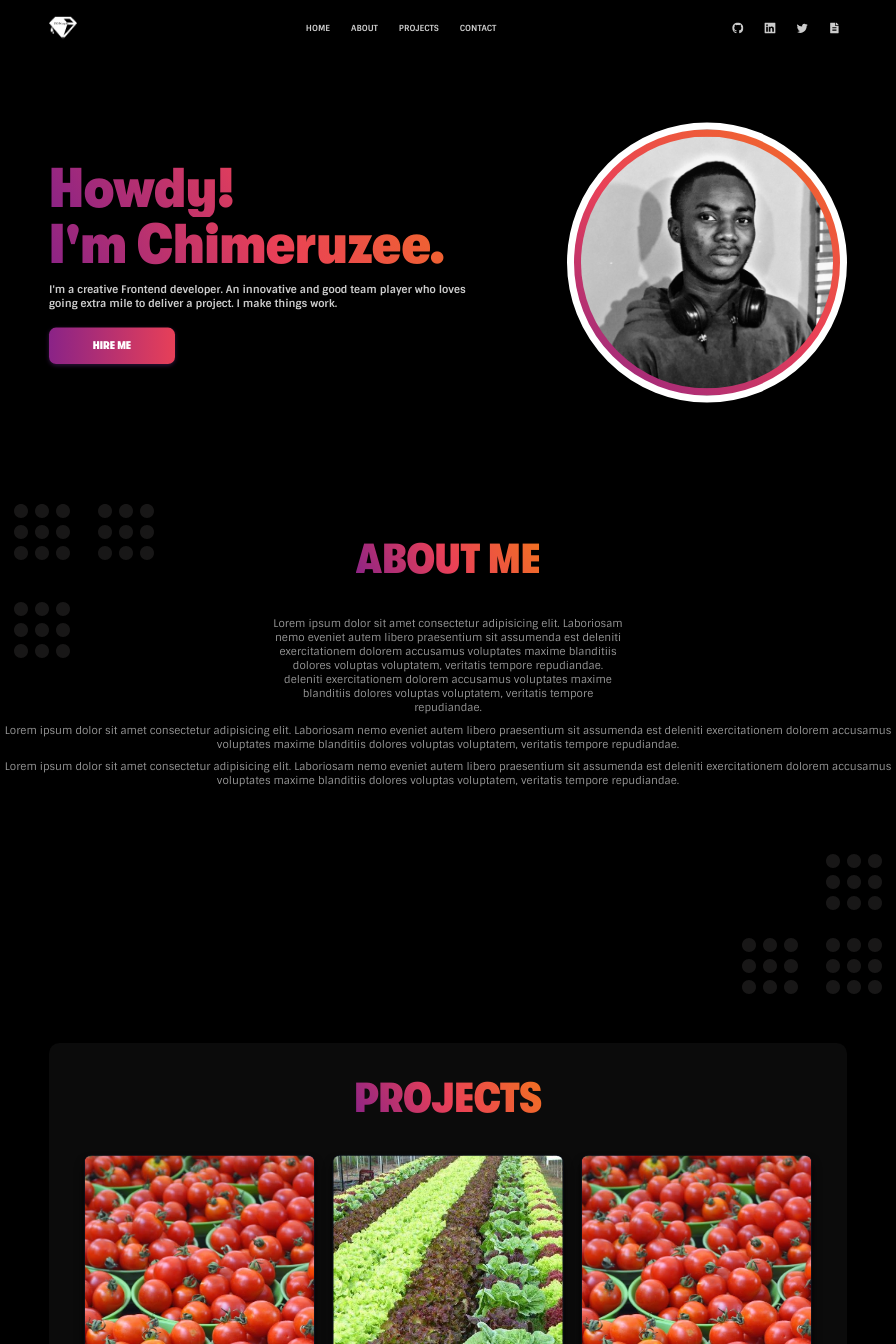
Repository: Ehceyn/ChimeruzeePortfolio
Page: /
An editor plug-in stored every save of this project. The page is shown before and after the next save, followed by the edit.
The browser window is 1280 px wide. The pictures show the part of the page from y = 0 to 1920 px (the page is 4486 px tall), at 70% of full size.
The project was rebuilt for these pictures with package versions that can differ from the ones it lists, and the page was loaded fresh each time. The framework's server and built-in components were replaced by stand-ins that run in the browser. Also part of the build but not shown: next.config.js, src/components/Timeline/Timeline.js, src/components/Accomplishments/Accomplishments.js.

Above is the page before, as saved 2022-08-03 22:12:45.

### pages/_app.js
import Layout from "../src/components/Layout/Layout";
import "../styles/global.css";

function MyApp({ Component, pageProps }) {
  return (
    <Layout>
      <Component {...pageProps} />
    </Layout>
  );
}

export default MyApp;

### pages/index.js
import MetaHead from "../src/components/MetaHead/MetaHead";
import Hero from "../src/components/Hero/Hero";
import Projects from "../src/components/Projects/Projects";
import Technologies from "../src/components/Technologies/Technologies";
import Timeline from "../src/components/Timeline/Timeline";
import Accomplishments from "../src/components/Accomplishments/Accomplishments";
import Contact from "../src/components/Contact/Contact";
import Footer from "../src/components/Footer/Footer";
import About from "../src/components/About/About";

export default function Home() {
  return (
    <>
      <MetaHead
        title="Meruzee | Portfolio"
        contentKeyword="web development, react development, frontend development, web design, programming"
        contentDescription="A Web designer and developer's portfolio"
      />
      <Hero />
      <About />
      <Projects />
      <Technologies />
      <Contact />
    </>
  );
}

### src/components/Layout/Layout.js
import React from "react";
import Footer from "../Footer/Footer";
import Header from "../Header/Header";

function Layout({ children }) {
  return (
    <>
      <Header />
      {children}
      <Footer />
    </>
  );
}

export default Layout;

### styles/global.css
@font-face {
  font-family: GTWalsheimPro;
  src: url(/fonts/GTWalsheimPro-CondensedBlack/GTWalsheimPro-CondensedBlack.ttf); /* IE9 Compat Modes */
  src: url(/fonts/GTWalsheimPro-CondensedBlack/GTWalsheimPro-CondensedBlack.ttf?iefix)
      format("embedded-opentype") /* IE6-IE8 */,
    url(/fonts/GTWalsheimPro-CondensedBlack/GTWalsheimPro-CondensedBlack.woff)
      format("woff") /* Super Modern Browsers */,
    url(/fonts/GTWalsheimPro-CondensedBlack/GTWalsheimPro-CondensedBlack.woff2)
      format("woff2") /* Pretty Modern Browsers */,
    url(/fonts/GTWalsheimPro-CondensedBlack/GTWalsheimPro-CondensedBlack.ttf)
      format("truetype"); /* Safari, Android, iOS */
  font-weight: 900;
  font-style: normal;
}

@font-face {
  font-family: Sintony-Bold;
  src: url(/fonts/Sintony/Sintony-Bold.ttf); /* IE9 Compat Modes */
  font-style: normal;
}

@font-face {
  font-family: Sintony-Regular;
  src: url(/fonts/Sintony/Sintony-Regular.ttf); /* IE9 Compat Modes */
  font-style: normal;
}

@tailwind base;
@tailwind components;
@tailwind utilities;

* {
  box-sizing: border-box;
  -webkit-tap-highlight-color: transparent;
  margin: 0;
  padding: 0;
}

*:hover {
  -webkit-tap-highlight-color: transparent;
}

html {
  font-size: 62.5%;
  scroll-behavior: smooth;
  background: black;
}
body {
  font-family: Sintony-Regular, "Segoe UI", sans-serif;
  font-size: 1.6rem;
  background: black;
  color: #ccc;
  cursor: default;
  max-width: 1700px;
  margin: auto;
}
h1 {
  width: 100%;
  height: fit-content;
  color: gray;
  background: -webkit-linear-gradient(210deg, #f27121, #e94057, #8a2387);
  -webkit-background-clip: text;
  -webkit-text-fill-color: transparent;
  flex-wrap: wrap;
}
h2 {
  display: flex;
  align-items: center;
  width: fit-content;
  height: fit-content;
  color: gray;
  background: -webkit-linear-gradient(210deg, #f27121, #e94057, #8a2387);
  -webkit-background-clip: text;
  -webkit-text-fill-color: transparent;
  flex-wrap: wrap;
}
h3 {
  font-family: Sintony-Bold, "Segoe UI", sans-serif;
  line-height: 1.2;
  color: #999;
}

h4 {
  font-family: Sintony-Bold, "Segoe UI", sans-serif;
  line-height: 1.2;
  color: #ccc;
}

p,
a {
  font-size: 0.8em;
  color: #999;
  line-height: 1.5;
}

h1,
h2,
h5,
h6,
button {
  font-family: GTWalsheimPro, "Segoe UI", sans-serif;
  transition: all 0.4s ease-in-out;
}
button:focus {
  outline: none;
}

button:active {
  outline: none;
  transition: all 0.1s ease-in-out;
}

.buttonGrad {
  box-shadow: 0 2px 6px 0 rgb(126 52 161 / 39%);
  background-image: linear-gradient(
    to right,
    #8a2387 0%,
    #e94057 51%,
    #8a2387 100%
  );
  outline: none;

  background-size: 200% auto;
}

.buttonGrad:active {
  box-shadow: none;
}

.buttonGrad:hover {
  background-position: right center; /* change the direction of the change here */
  color: #fff;
  text-decoration: none;
}

.card-text {
  overflow: hidden;
  text-overflow: ellipsis;
  display: -webkit-box;
  -webkit-line-clamp: 3; /* number of lines to show */
  -webkit-box-orient: vertical;
}

nav .navlinks {
  display: flex;
  align-items: center;
  width: fit-content;
  height: inherit;
  text-transform: uppercase;
  font-size: 12px;
  font-family: Sintony-Bold, "Segoe UI", sans-serif;
  cursor: pointer;
}

nav .navlinks:focus {
  color: #0070fdff;
}

a {
  text-decoration: none;
  display: block;
}
li {
  list-style: none;
}

.sectionStyle {
  display: flex;
  align-items: center;
  width: 100%;
  height: fit-content;
  padding: 30px 100px;
}

/* Linear Gradient background for hero image */
.background {
  background: -webkit-linear-gradient(210deg, #f27121, #e94057, #8a2387);
}
/* Linear Gradient Border for hero image */
.border-gradient {
  background: linear-gradient(210deg, #0070fdff, #d50098ff, #fd2828) border-box,
    linear-gradient(210deg, #0070fdff, #d50098ff, #fd2828) padding-box;
}

.hero {
  /* position: relative; */
  z-index: 10;
  background-color: rgba(179, 174, 174, 0.562);
}

/* .hero::before {
  content: "";
  background-size: cover;
  position: absolute;
  z-index: -1;
  top: 0px;
  right: 0px;
  bottom: 0px;
  left: 0px;
  opacity: 0.95;
  background: url("/images/meruz-bw.jpg") no-repeat center/cover;
} */
.contact {
  position: absolute;
  z-index: 3;
}
.contact2 {
  content: "";
  position: absolute;
  height: 400px;
  width: 400px;
  border-radius: 50%;
  right: -100px;
  background: -webkit-linear-gradient(
    210deg,
    rgba(0, 114, 253, 0.212),
    rgba(213, 0, 153, 0.26),
    #fd282833
  );
}

/*
   accent1: "hsl(34.9,98.6%,72.9%)",
    button: "hsl(205.1,100%,36.1%)",
    background2: "hsl(232.7,27.3%,23.7%)", */
/* Track */
body::-webkit-scrollbar-track {
  box-shadow: inset 0 0 0px;
  @apply bg-[#222];
  border-radius: none;
}

/* Handle */
body::-webkit-scrollbar-thumb {
  background: #777;
  border-radius: 10px;
}

* {
  scrollbar-width: 10px;
}

/* Handle on hover */
body::-webkit-scrollbar-thumb:hover {
  background: #999;
}

/* Style the other scrollbar  with className  */
::-webkit-scrollbar {
  width: 10px;
}

/* Track */
::-webkit-scrollbar-track {
  box-shadow: inset 0 0 0px;
  @apply bg-transparent;
  border-radius: none;
}

/* Handle */
::-webkit-scrollbar-thumb {
  background: rgba(85, 85, 85, 0.158);
  border-radius: 10px;
}

* {
  scrollbar-width: 10px;
}

/* Handle on hover */
::-webkit-scrollbar-thumb:hover {
  background: rgba(85, 85, 85, 0.158);
}

### src/components/MetaHead/MetaHead.js
import Head from "next/head";

import React from "react";

function MetaHead(props) {
  return (
    <Head>
      <title>{props.title}</title>
      <meta name="description" content={props.contentKeyword} />
      <meta name="keywords" content={props.contentDescription} />
      <link rel="icon" href="/favicon.ico" />
    </Head>
  );
}

export default MetaHead;

### src/components/Hero/Hero.js
import React, { useState } from "react";
import { motion } from "framer-motion";
import Image from "next/image";
import { fromBottom, heroImage, scaleUp } from "../../../animations/animation";

function Hero() {
  const [degree, setDegree] = useState(210);
  setTimeout(() => {
    setInterval(() => {
      if (degree <= 360) {
        setDegree(degree + 5);
      } else {
        setDegree(0);
      }
    }, 1000);
  }, 5000);

  /* Linear Gradient Border for hero image */
  const borderGradient = {
    background: `linear-gradient(${degree}deg, #f27121, #e94057, #8a2387
) border-box, linear-gradient(${degree}deg, #f27121, #e94057, #8a2387
) padding-box`,
  };

  return (
    <motion.section
      initial="initial"
      animate="animate"
      transition="transition"
      className="flex flex-col-reverse md2:flex-row md2:justify-between justify-center items-center w-full min-h-[100vh]  pt-[80px] pb-20 px-5 md:px-[40px] lg:px-[70px] "
    >
      {/* <video
        src="/video/vid.mp4"
        className="absolute t-0 inset-x-0 "
        autoPlay
        loop
        muted
      ></video> */}
      <motion.div
        initial="hidden"
        animate="animate"
        variants={fromBottom}
        className="w-fit text-center md2:text-left leading-loose md2:mr-[100px] mt-[40px] md2:mt-0"
      >
        <h1 className="text-7xl md2:text-8xl lg:text-9xl">Howdy! </h1>
        <h1 className="text-7xl md2:text-8xl lg:text-9xl">
          I&apos;m Chimeruzee.
        </h1>
        <h4 className="flex items-center w-fit  font-bold max-w-[800px] h-fit py-5 text-2xl md2:text-2xl md2:px-0 px-5">
          I&apos;m a creative Frontend developer. An innovative and good team
          player who loves going extra mile to deliver a project. I make things
          work.
        </h4>
        <button
          type="button"
          className="text-white buttonGrad mt-5 focus:outline-none uppercase rounded-2xl w-[180px] py-4 text-center"
        >
          hire me
        </button>
      </motion.div>

      <div className="max-w-[250px] min-w-[250px] md2:max-w-[350px] md2:min-w-[350px] lg:max-w-[400px] lg:min-w-[400px] object-contain ">
        <motion.div
          className="border-[7px] md2:border-[10px] border-white rounded-full object-cover flex justify-center items-center p-[7px] md2:p-[10px] "
          style={borderGradient}
          variants={scaleUp}
        >
          <Image
            src="/images/meruz-bw.jpg"
            width="400"
            height="400"
            alt="Chimeruzee"
            objectFit="cover"
            className="rounded-full background"
          />
        </motion.div>
      </div>
    </motion.section>
  );
}

export default Hero;

### src/components/Technologies/Technologies.js
import React from "react";
import Image from "next/image";
import { motion, useViewportScroll } from "framer-motion";

function Technologies() {
  const { scrollYProgress } = useViewportScroll();

  const container = {
    show: {
      transition: {
        staggerChildren: 0.35,
      },
    },
  };

  const item = {
    hidden: { opacity: 0, y: 200 },
    show: {
      opacity: 1,
      y: 0,
      transition: {
        ease: [0.6, 0.01, -0.05, 0.95],
        duration: 1.6,
      },
    },
    exit: {
      opacity: 0,
      y: -200,
      transition: {
        ease: "easeInOut",
        duration: 0.8,
      },
    },
  };

  return (
    <section className="md2:px-[70px]">
      <div className=" w-full min-h-[80vh] h-fit py-20">
        <article className="w-full flex justify-center mb-20">
          <h2 className="text-5xl md2:text-6xl lg:text-8xl">TECHNOLOGIES</h2>
        </article>
        <motion.div
          variants={container}
          // onAnimationComplete={() => setLoading(false)}
          initial="hidden"
          animate="show"
          exit="exit"
          className="w-full grid grid-cols-2 sm:grid-cols-3 md2:grid-cols-4 gap-x-4 gap-y-10 px-5"
        >
          {[
            { src: "/images/html.png", name: "HTML" },
            { src: "/images/css.png", name: "CSS" },
            { src: "/images/js.png", name: "JavaScript" },
            { src: "/images/react.png", name: "react" },
            { src: "/images/nodejs.png", name: "nodeJS" },
            { src: "/images/nextjs.svg", name: "nextJS" },
            { src: "/images/GraphQL-logo.png", name: "graphQL" },
            { src: "/images/redux.png", name: "Redux" },
            { src: "/images/mongodb.png", name: "MongoDB" },
            { src: "/images/firebase.png", name: "Firebase" },
            { src: "/images/git.png", name: "Git" },
            { src: "/images/tailwind.png", name: "Tailwind" },
          ].map((r, index) => (
            <div
              key={r.name}
              variants={item}
              className="group flex flex-col justify-center items-center shadow-xl shadow-black bg-[#2020205b] py-7 px-12 rounded-lg mx-auto"
            >
              <Image
                src={r.src || "/images/GraphQL-logo.png"}
                alt=""
                width={70}
                height={70}
                objectFit="contain"
              />
              <h4 className="mt-5 text-2xl font-bold tracking-tight capitalize">
                {r.name}
              </h4>
            </div>
          ))}
        </motion.div>
        <article className="w-full flex justify-center mt-20">
          <button className="group bg-transparent py-2 px-4 uppercase inline-flex items-center">
            View all technologies
            <svg
              className="ml-2 -mr-1 w-7 h-7 group-hover:translate-x-1 transition-all duration-200"
              fill="currentColor"
              viewBox="0 0 20 20"
              xmlns="http://www.w3.org/2000/svg"
            >
              <path
                fillRule="evenodd"
                d="M10.293 3.293a1 1 0 011.414 0l6 6a1 1 0 010 1.414l-6 6a1 1 0 01-1.414-1.414L14.586 11H3a1 1 0 110-2h11.586l-4.293-4.293a1 1 0 010-1.414z"
                clipRule="evenodd"
              ></path>
            </svg>
          </button>
        </article>
      </div>
    </section>
  );
}

export default Technologies;

### src/components/Footer/Footer.js
import React from "react";
import Image from "next/image";

export default function Footer() {
  return (
    <>
      <div className="px-7 md2:px-[70px]">
        <hr className="border border-[#2020205b]" />
      </div>
      <article className="flex md:hidden items-center h-fit mt-5 justify-start px-7 pt-10">
        <Image
          src="/images/immersewhite.png"
          height="40px"
          width="40px"
          alt="Logo"
          objectFit="contain"
        />
        <h4 className="text-4xl font-bold tracking-tight capitalize ml-5">
          Meruzee
        </h4>
      </article>
      <div className="grid grid-cols-2 md:grid-cols-3 gap-x-4 gap-y-5 w-full mb-7 px-7 md2:px-[70px] py-10 ">
        <article className="hidden md:flex items-center h-fit mt-5 justify-start">
          <Image
            src="/images/immersewhite.png"
            height="40px"
            width="40px"
            alt="Logo"
            objectFit="contain"
          />
          <h4 className="text-4xl font-bold tracking-tight capitalize ml-10">
            Meruzee
          </h4>
        </article>
        <article className="space-y-7 transition-[border] duration-300 ">
          <h4 className="mt-5  text-2xl font-bold tracking-tight capitalize">
            Site
          </h4>
          <a className="cursor-pointer hover:underline capitalize hover:underline-offset-1 w-fit">
            Home
          </a>
          <a className="cursor-pointer hover:underline capitalize hover:underline-offset-1 w-fit">
            Blog
          </a>
        </article>
        <article className="space-y-7">
          <h4 className="mt-5  text-2xl font-bold tracking-tight capitalize">
            Socials
          </h4>
          <a
            target="_blank"
            rel="noopener noreferrer"
            href="https://www.github.com/ehceyn"
            className="cursor-pointer hover:underline capitalize hover:underline-offset-1 w-fit"
          >
            github
          </a>
          <a
            target="_blank"
            rel="noopener noreferrer"
            href="https://www.linkedin.com/in/chimeruzee-chidum-7417591ba"
            className="cursor-pointer hover:underline capitalize hover:underline-offset-1 w-fit"
          >
            linkedIn
          </a>
          <a
            target="_blank"
            rel="noopener noreferrer"
            href="https://www.twitter.com/chimeruzee1"
            className="cursor-pointer hover:underline capitalize hover:underline-offset-1 w-fit"
          >
            twitter
          </a>
          <a
            target="_blank"
            rel="noopener noreferrer"
            href="https://drive.google.com/file/d/1hPpP44F-gs2xs_Lax_930MiJSpsTbr0T/view?usp=sharing"
            className="cursor-pointer hover:underline capitalize hover:underline-offset-1 w-fit"
          >
            Download Resume
          </a>
        </article>
      </div>
      <div className="w-full flex bg-secondary-darker h-[10vh] bottom-0 text-[#666666] justify-center items-center">
        <p>Copyright &copy;2022 All rights reserved | Meruzee </p>
      </div>
    </>
  );
}

### src/components/About/About.jsx
import React from "react";
import { CgMenuGridO } from "react-icons/cg";

function About() {
  return (
    <section className="">
      <div className=" w-full min-h-[100vh] h-fit py-20 relative ">
        <section className=" w-full  ">
          <article className="w-full flex justify-center mb-10 md:mb-20">
            <h2 className="text-5xl md2:text-6xl lg:text-8xl">ABOUT ME</h2>
          </article>
          <div className="w-full flex flex-col items-center space-y-5 px-7 md2:px-0">
            <p className="text-[#999] text-2xl max-w-[500px] text-center ">
              Lorem ipsum dolor sit amet consectetur adipisicing elit.
              Laboriosam nemo eveniet autem libero praesentium sit assumenda est
              deleniti exercitationem dolorem accusamus voluptates maxime
              blanditiis dolores voluptas voluptatem, veritatis tempore
              repudiandae. deleniti exercitationem dolorem accusamus voluptates
              maxime blanditiis dolores voluptas voluptatem, veritatis tempore
              repudiandae.
            </p>
            <p className="text-[#999] text-2xl max-w-[4\500px] text-center">
              Lorem ipsum dolor sit amet consectetur adipisicing elit.
              Laboriosam nemo eveniet autem libero praesentium sit assumenda est
              deleniti exercitationem dolorem accusamus voluptates maxime
              blanditiis dolores voluptas voluptatem, veritatis tempore
              repudiandae.
            </p>
            <p className="text-[#999] text-2xl max-w-[4\500px] text-center">
              Lorem ipsum dolor sit amet consectetur adipisicing elit.
              Laboriosam nemo eveniet autem libero praesentium sit assumenda est
              deleniti exercitationem dolorem accusamus voluptates maxime
              blanditiis dolores voluptas voluptatem, veritatis tempore
              repudiandae.
            </p>
          </div>
        </section>

        <section className="absolute top-0 w-full">
          <div className="w-full relative min-h-[100vh]">
            <div className="absolute top-0 left-0">
              <div className="flex transform -translate-y-8">
                <CgMenuGridO className="text-[80px] md2:text-[120px] text-[#46444456]" />
                <CgMenuGridO className="text-[80px] md2:text-[120px] text-[#46444456]" />
              </div>
              <div>
                <CgMenuGridO className="text-[80px] md2:text-[120px] text-[#46444456]" />
              </div>
            </div>
            <div className="absolute bottom-0 right-0">
              <div className="w-full flex justify-end">
                <CgMenuGridO className="text-[80px] md2:text-[120px] text-[#46444456]" />
              </div>
              <div className="flex">
                <CgMenuGridO className="text-[80px] md2:text-[120px] text-[#46444456]" />
                <CgMenuGridO className="text-[80px] md2:text-[120px] text-[#46444456]" />
              </div>
            </div>
          </div>
        </section>
      </div>
    </section>
  );
}

export default About;

### animations/animation.js
export const heroImage = {
  initial: {
    rotate: 0,
    // x: -100
  },
  animate: {
    rotate: 180,
    // x: 100
  },
  transition: {
    type: "tween",
    ease: "easeInOut",
    repeat: "Infinity",
    duration: 0.2,
  },
};

export const fromBottom = {
  animate: {
    transition: {
      staggerChildren: 0.025,
    },
  },
};

export const scaleUp = {
  initial: {
    opacity: 0,
    scale: 0,
  },
  animate: {
    opacity: 1,
    scale: 1,
    transition: {
      duration: 0.5,
      ease: "easeInOut",
      delay: 1,
    },
  },
  exit: {
    opacity: 0,
    scale: 0,
    transition: {
      duration: 1,
      ease: "easeInOut",
    },
  },
};

### tailwind.config.js
/** @type {import('tailwindcss').Config} */
module.exports = {
  mode: "jit",
  content: ["./src/**/*.{js,jsx,ts,tsx}", "./pages/**/*.{js,jsx,ts,tsx}"],
  theme: {
    extend: {},
    screens: {
      xs: "460px",
      // => @media (min-width: 460px) { ... }
      sm: "640px",
      // => @media (min-width: 640px) { ... }

      md: "768px",
      // => @media (min-width: 768px) { ... }

      md2: "960px",
      // => @media (min-width: 1000px) { ... }

      lg: "1220px",
      // => @media (min-width: 1220px) { ... }

      xl: "1280px",
      // => @media (min-width: 1280px) { ... }

      "2xl": "1536px",
      // => @media (min-width: 1536px) { ... }
    },
  },
  plugins: [],
};

Loaded but not shown: pages/_document.js (common file); src/components/Contact/Contact.js (112 lines, source omitted); src/components/Projects/Projects.js (90 lines, source omitted); src/components/Header/Header.js (84 lines, source omitted)

After the next save:
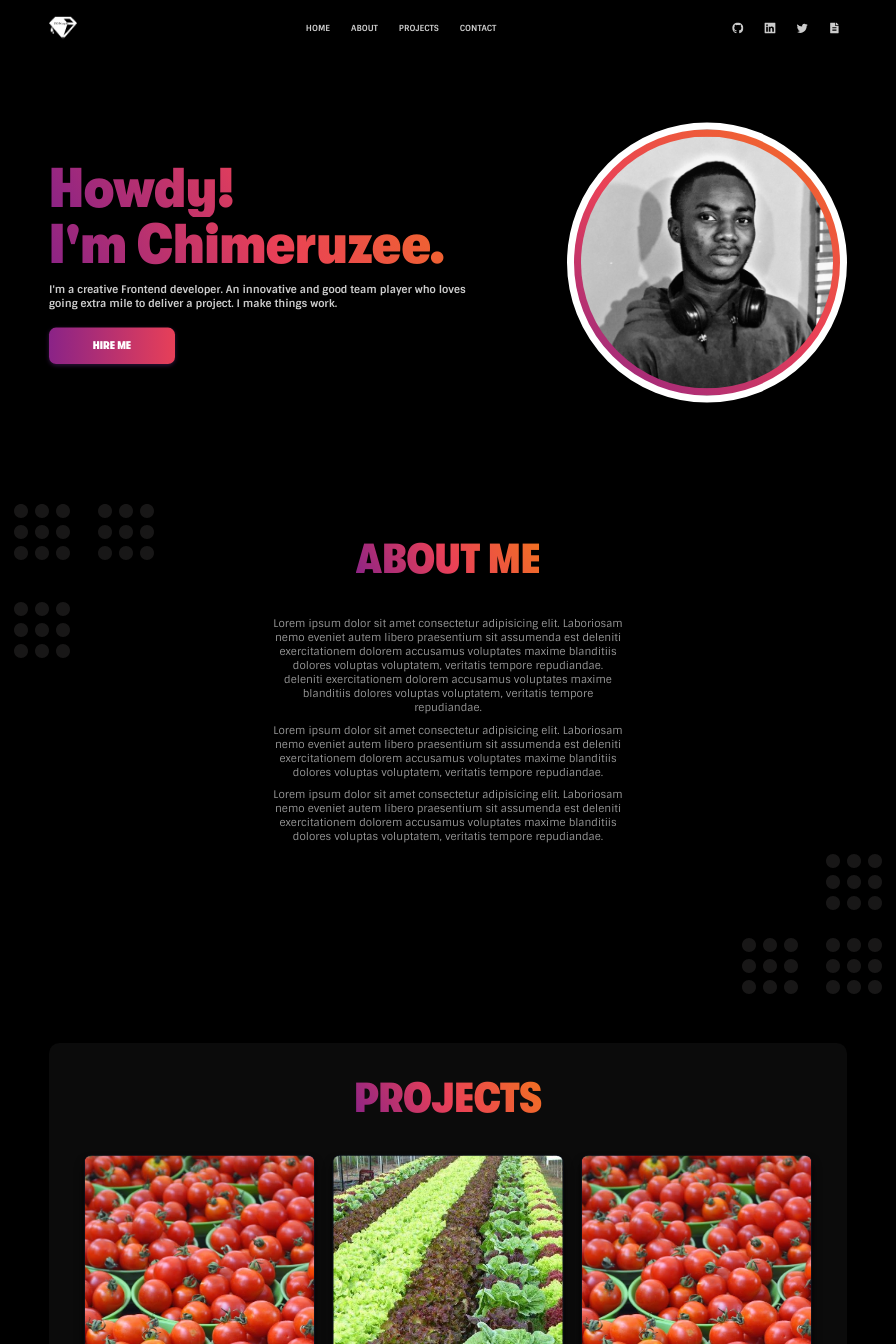
Saved 7 s later.
--- a/src/components/About/About.jsx
+++ b/src/components/About/About.jsx
@@ -19,14 +19,14 @@ function About() {
               maxime blanditiis dolores voluptas voluptatem, veritatis tempore
               repudiandae.
             </p>
-            <p className="text-[#999] text-2xl max-w-[4\500px] text-center">
+            <p className="text-[#999] text-2xl max-w-[500px] text-center">
               Lorem ipsum dolor sit amet consectetur adipisicing elit.
               Laboriosam nemo eveniet autem libero praesentium sit assumenda est
               deleniti exercitationem dolorem accusamus voluptates maxime
               blanditiis dolores voluptas voluptatem, veritatis tempore
               repudiandae.
             </p>
-            <p className="text-[#999] text-2xl max-w-[4\500px] text-center">
+            <p className="text-[#999] text-2xl max-w-[500px] text-center">
               Lorem ipsum dolor sit amet consectetur adipisicing elit.
               Laboriosam nemo eveniet autem libero praesentium sit assumenda est
               deleniti exercitationem dolorem accusamus voluptates maxime
